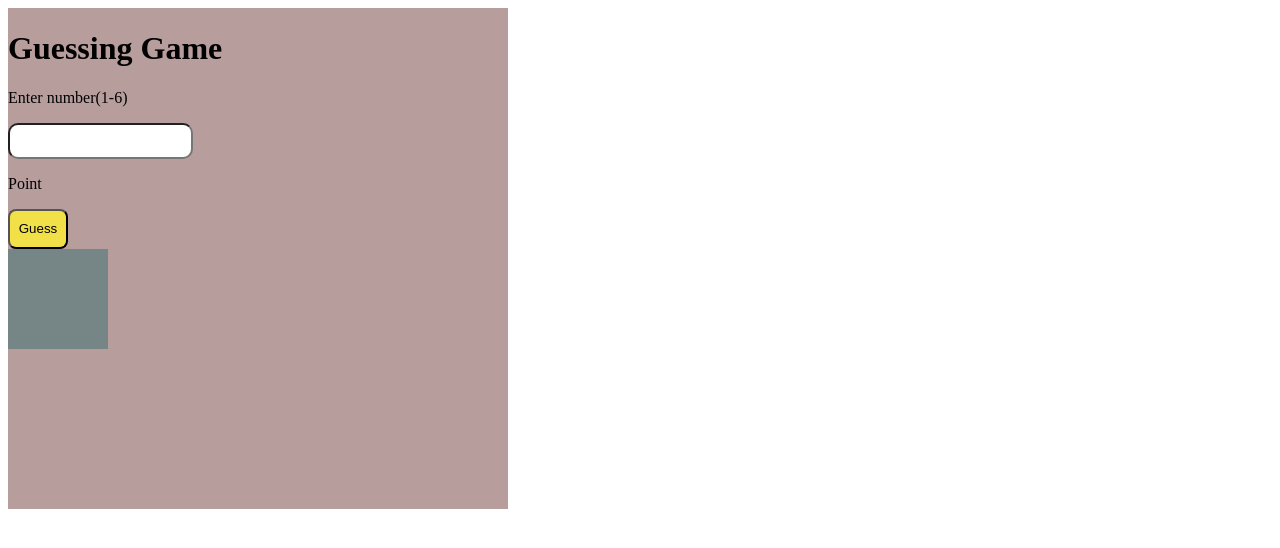
Repository: sedashahnazaryan/Guessing-Game
Page: index.html
An editor plug-in stored every save of this project. The page is shown before and after a run of saves, followed by the edit.
The browser window is 1280 px wide. The pictures show the whole page.

Above is the page before, as saved 2022-02-23 19:37:56.

After the next 5 saves:
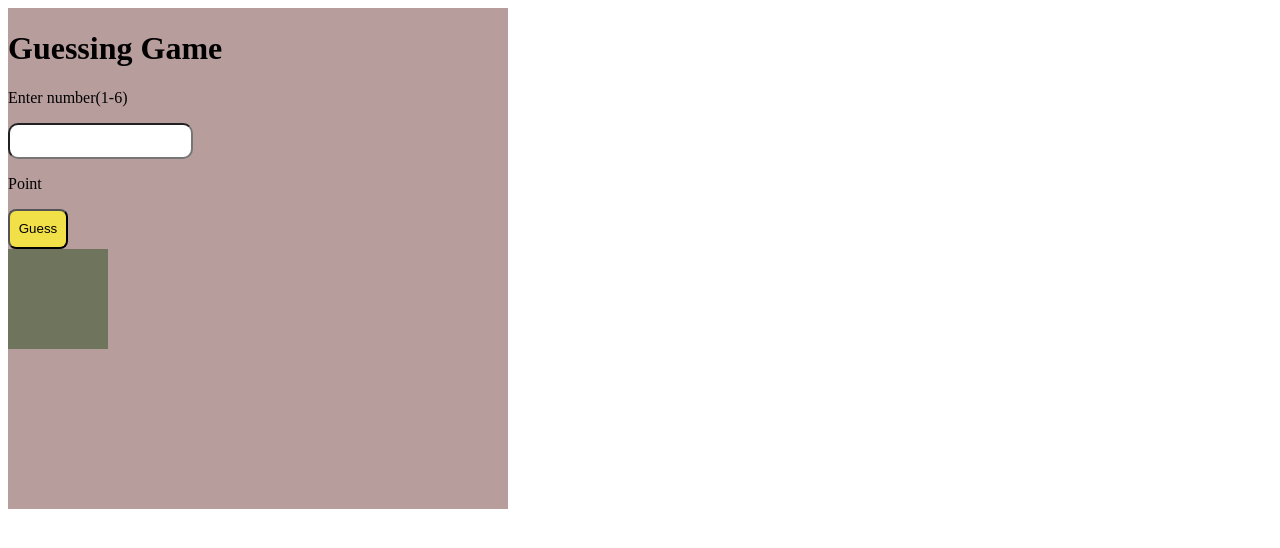
The 5 saves are shown as one change because they came seconds apart.
The last was saved 13 s later.
--- a/index.css
+++ b/index.css
@@ -18,5 +18,5 @@
 .table{
     height: 100px;
     width: 100px;
-    background-color: rgb(118, 134, 134);
+    background-color: rgb(111, 116, 92);
 }
